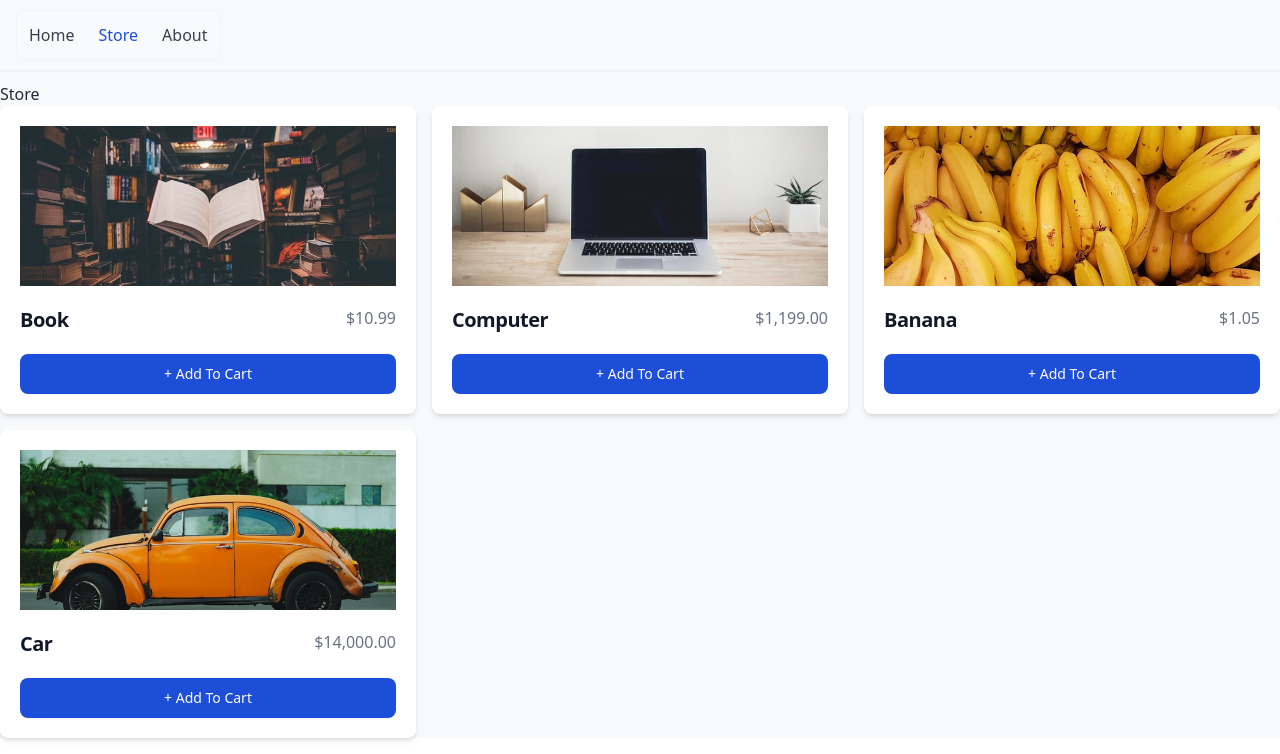
Repository: ducanhaep/react-ts-shopping-cart
Page: /store
The author's editor kept a copy of each file at every save. The page is drawn from the files as they stood at one save, then again after the next save.
The browser window is 1280 px wide. The pictures show the whole page.
The project was rebuilt for these pictures with package versions that can differ from the ones it lists, and the page was loaded fresh each time. Also part of the build but not shown: vite.config.ts, src/pages/About.js, src/pages/Home.js, src/components/CartItem.tsx.

Above is the page before, as saved 2023-01-12 17:39:10.

### src/App.tsx
import { Routes, Route } from "react-router-dom";
import { About } from "./pages/About";
import { Home } from "./pages/Home";
import { Store } from "./pages/Store";
import { Navbar } from "./components/Navbar";
import { ShoppingCartProvider } from "./context/ShoppingCartContext";
function App() {
  return (
    <ShoppingCartProvider>
      <Navbar />
      <div className="container mb-4">
        <Routes>
          <Route path="/" element={<Home />} />
          <Route path="/store" element={<Store />} />
          <Route path="/about" element={<About />} />
        </Routes>
      </div>
    </ShoppingCartProvider>
  );
}

export default App;

### src/index.css
@tailwind base;
@tailwind components;
@tailwind utilities;
:root {
  font-synthesis: none;
  text-rendering: optimizeLegibility;
  -webkit-font-smoothing: antialiased;
  -moz-osx-font-smoothing: grayscale;
  -webkit-text-size-adjust: 100%;
}

/* Box sizing rules */
*,
*::before,
*::after {
  box-sizing: border-box;
}

/* Remove default margin */
body,
h1,
h2,
h3,
h4,
p,
figure,
blockquote,
dl,
dd {
  margin: 0;
}

/* Remove list styles on ul, ol elements with a list role, which suggests default styling will be removed */
ul[role="list"],
ol[role="list"] {
  list-style: none;
}

/* Set core root defaults */
html:focus-within {
  scroll-behavior: smooth;
}

/* Set core body defaults */
body {
  min-height: 100vh;
  text-rendering: optimizeSpeed;
  line-height: 1.5;
  background-color: #f8f9fa;
}

input,
button,
textarea,
select {
  font: inherit;
}

### src/pages/Store.tsx
import { StoreItem } from "../components/StoreItem";
import storeItems from "../data/items.json";
export function Store() {
  return (
    <>
      <h1>Store</h1>
      <div className="grid grid-cols-1 md:grid-cols-3 2xl:grid-cols-4 gap-8 md:gap-4">
        {storeItems.map((item) => (
          <StoreItem {...item} key={item.id} />
        ))}
      </div>
    </>
  );
}

### src/components/Navbar.tsx
import { Link, NavLink } from "react-router-dom";
import { BsFillCartFill } from "react-icons/bs";
import { useShoppingCartContext } from "../context/ShoppingCartContext";

export function Navbar() {
  const { openCart, cartQuantity } = useShoppingCartContext();
  return (
    <div className="shadow-sm mb-3">
      <nav className="containerbg-white border-gray-200 px-2 sm:px-4 py-2.5 rounded dark:bg-gray-900">
        <div className="container flex flex-wrap items-center justify-between">
          <ul className="flex border border-gray-100 rounded-lg bg-gray-50 items-center">
            <li>
              <NavLink
                to="/"
                className={({ isActive }) =>
                  isActive
                    ? "text-white bg-blue-700 rounded md:bg-transparent md:text-blue-700 dark:text-white p-3"
                    : "block text-gray-700 rounded hover:bg-gray-100 p-3"
                }
                aria-current="page"
              >
                Home
              </NavLink>
            </li>
            <li>
              <NavLink
                to="store"
                className={({ isActive }) =>
                  isActive
                    ? "text-white bg-blue-700 rounded md:bg-transparent md:text-blue-700 dark:text-white p-3"
                    : "block text-gray-700 rounded hover:bg-gray-100 p-3"
                }
              >
                Store
              </NavLink>
            </li>
            <li>
              <NavLink
                to="about"
                className={({ isActive }) =>
                  isActive
                    ? "text-white bg-blue-700 rounded md:bg-transparent md:text-blue-700 dark:text-white p-3"
                    : "block text-gray-700 rounded hover:bg-gray-100 p-3"
                }
              >
                About
              </NavLink>
            </li>
          </ul>
          {cartQuantity > 0 && (
            <button
              data-collapse-toggle="navbar-default"
              type="button"
              aria-controls="navbar-default"
              aria-expanded="false"
              className="relative text-blue-700 hover:text-white border border-blue-700 hover:bg-blue-800 focus:outline-none  font-medium rounded-lg text-sm px-5 py-2.5 text-center mr-2 mb-2"
              onClick={openCart}
            >
              <BsFillCartFill />
              <div className="absolute inline-flex items-center justify-center w-6 h-6 text-xs font-bold text-white bg-red-500 border-2 border-white rounded-full -top-2 -right-2 dark:border-gray-900">
                {cartQuantity}
              </div>
            </button>
          )}
        </div>
      </nav>
    </div>
  );
}

### src/context/ShoppingCartContext.tsx
import { useContext, createContext, ReactNode, useState } from "react";
import { ShoppingCart } from "../components/ShoppingCart";
import { useLocalStorage } from "../hooks/useLocalStorage";

interface ShoppingCartProviderProps {
  children: ReactNode;
}
interface ShoppingCartContext {
  getItemQuantity: (id: number) => number;
  increaseCartQuantity: (id: number) => void;
  decreaseCartQuantity: (id: number) => void;
  removeFromCart: (id: number) => void;
  openCart: () => void;
  closeCart: () => void;
  cartQuantity: number;
  cartItems: CartItem[];
}
interface CartItem {
  id: number;
  quantity: number;
}

const ShoppingCartContext = createContext({} as ShoppingCartContext);

export function ShoppingCartProvider({ children }: ShoppingCartProviderProps) {
  const [cartItems, setCartItems] = useLocalStorage<CartItem[]>(
    "shopping-cart",
    []
  );
  const [isOpen, setIsOpen] = useState(false);

  function getItemQuantity(id: number) {
    return cartItems.find((item) => item.id === id)?.quantity || 0;
  }
  const cartQuantity = cartItems.reduce(
    (quantity, item) => quantity + item.quantity,
    0
  );

  function increaseCartQuantity(id: number) {
    setCartItems((currentItem) => {
      if (currentItem.find((item) => item.id === id) == null) {
        return [...currentItem, { id, quantity: 1 }];
      } else {
        return currentItem.map((item) => {
          if (item.id === id) {
            return { ...item, quantity: item.quantity + 1 };
          }
          return item;
        });
      }
    });
  }
  function decreaseCartQuantity(id: number) {
    setCartItems((currentItem) => {
      if (currentItem.find((item) => item.id === id)?.quantity === 1) {
        return currentItem.filter((item) => item.id !== id);
      } else {
        return cartItems.map((item) => {
          if (item.id === id) {
            return { ...item, quantity: item.quantity - 1 };
          }
          return item;
        });
      }
    });
  }
  function removeFromCart(id: number) {
    setCartItems((currentItem) => currentItem.filter((item) => item.id !== id));
  }

  function openCart() {
    setIsOpen(true);
  }
  function closeCart() {
    setIsOpen(false);
  }

  return (
    <ShoppingCartContext.Provider
      value={{
        getItemQuantity,
        increaseCartQuantity,
        decreaseCartQuantity,
        removeFromCart,
        cartItems,
        cartQuantity,
        openCart,
        closeCart,
      }}
    >
      {children}
      <ShoppingCart isOpen={isOpen} />
    </ShoppingCartContext.Provider>
  );
}

export function useShoppingCartContext() {
  return useContext(ShoppingCartContext);
}

### src/components/StoreItem.tsx
import { Link } from "react-router-dom";
import { useShoppingCartContext } from "../context/ShoppingCartContext";
import { formatCurrency } from "../utilities/formatCurrency";

interface StoreItemProps {
  id: number;
  name: string;
  price: number;
  imgUrl: string;
}
export function StoreItem({ id, name, price, imgUrl }: StoreItemProps) {
  const {
    getItemQuantity,
    increaseCartQuantity,
    decreaseCartQuantity,
    removeFromCart,
  } = useShoppingCartContext();
  const quantity = getItemQuantity(id);
  return (
    <div className="w-full bg-white rounded-lg shadow-md">
      <div className="">
        <Link to="#">
          <img
            src={imgUrl}
            alt="imgUrl"
            className="rounded-t-lg p-5 object-cover h-[200px] w-full"
          />
        </Link>
      </div>
      <div className="flex flex-col px-5">
        <div className="flex justify-between">
          <Link to="#">
            <h5 className="text-xl font-semibold tracking-tight text-gray-900">
              {name}
            </h5>
          </Link>
          <p className="text-gray-500 font-medium">{formatCurrency(price)}</p>
        </div>
        <div className="flex justify-center py-5">
          {quantity === 0 ? (
            <button
              type="button"
              className="text-white w-full bg-blue-700 hover:bg-blue-800 font-medium rounded-lg text-sm px-5 py-2.5"
              onClick={() => increaseCartQuantity(id)}
            >
              + Add To Cart
            </button>
          ) : (
            <div className="flex flex-col justify-center gap-1">
              <div className="flex justify-center items-center gap-2">
                <button
                  type="button"
                  className="text-white bg-blue-700 hover:bg-blue-800 font-medium rounded-lg text-sm px-5 py-2.5"
                  onClick={() => decreaseCartQuantity(id)}
                >
                  -
                </button>
                <p className="basic-full">
                  <span className="text-2xl">{quantity}</span> in cart
                </p>
                <button
                  type="button"
                  className="text-white bg-blue-700 hover:bg-blue-800 font-medium rounded-lg text-sm px-5 py-2.5"
                  onClick={() => increaseCartQuantity(id)}
                >
                  +
                </button>
              </div>

              <button
                type="button"
                className="focus:outline-none text-white bg-red-700 hover:bg-red-800 font-medium rounded-lg text-sm px-5 py-2.5"
                onClick={() => removeFromCart(id)}
              >
                Remove
              </button>
            </div>
          )}
        </div>
      </div>
    </div>
  );
}

### src/data/items.json
[
	{
		"id": 1,
		"name": "Book",
		"price": 10.99,
		"imgUrl": "/imgs/book.jpg"
	},
	{
		"id": 2,
		"name": "Computer",
		"price": 1199,
		"imgUrl": "/imgs/computer.jpg"
	},
	{
		"id": 3,
		"name": "Banana",
		"price": 1.05,
		"imgUrl": "/imgs/banana.jpg"
	},
	{
		"id": 4,
		"name": "Car",
		"price": 14000,
		"imgUrl": "/imgs/car.jpg"
	}
]

### src/components/ShoppingCart.tsx
import { BsXLg } from "react-icons/bs";
import { useShoppingCartContext } from "../context/ShoppingCartContext";
import { CartItem } from "./CartItem";
import storeItems from "../data/items.json";
import { formatCurrency } from "../utilities/formatCurrency";

interface ShoppingCartProps {
  isOpen: boolean;
}

export function ShoppingCart({ isOpen }: ShoppingCartProps) {
  const { closeCart, cartItems } = useShoppingCartContext();
  const totalPrice = formatCurrency(
    cartItems.reduce((total, item) => {
      const storeItem = storeItems.find((i) => i.id === item.id);
      if (storeItem) {
        return (total += storeItem.price * item.quantity);
      } else return total;
    }, 0)
  );
  return (
    <div
      className={
        "fixed overflow-hidden z-10 bg-gray-900 bg-opacity-25 inset-0 transform ease-in-out " +
        (isOpen
          ? " transition-opacity opacity-100 duration-500 translate-x-0  "
          : " transition-all delay-400 opacity-0 translate-x-full  ")
      }
    >
      <div
        className={
          " w-screen max-w-xs md:max-w-lg right-0 absolute bg-white h-full shadow-xl delay-400 duration-500 ease-in-out transition-all transform" +
          (isOpen ? " translate-x-0 " : " translate-x-full ")
        }
      >
        <article className="relative w-screen max-w-xs md:max-w-lg pb-10 flex flex-col overflow-y-scroll h-full">
          <div className="flex justify-between">
            <header className="p-4 font-bold text-lg">Cart</header>
            <span className="p-4">
              <BsXLg
                onClick={closeCart}
                className="cursor-pointer hover:text-red-500"
              />
            </span>
          </div>
          <div className="p-4">
            <div>
              {cartItems.map((item) => (
                <CartItem key={item.id} {...item} />
              ))}
            </div>
            <div className="p-4 flex justify-end">
              <p className="font-bold text-2xl"> Total: {totalPrice}</p>
            </div>
          </div>
        </article>
      </div>
      <div
        className="w-screen h-full cursor-pointer "
        onClick={closeCart}
      ></div>
    </div>
  );
}

### src/hooks/useLocalStorage.ts
import { useState, useEffect } from "react";
export function useLocalStorage<T>(key: string, initialValue: T | (() => T)) {
  const [value, setValue] = useState<T>(() => {
    const jsonValue = localStorage.getItem(key);
    if (jsonValue != null) return JSON.parse(jsonValue);

    if (typeof initialValue === "function") {
      return (initialValue as () => T)();
    } else return initialValue;
  });

  useEffect(() => {
    localStorage.setItem(key, JSON.stringify(value));
  }, [key, value]);

  return [value, setValue] as [typeof value, typeof setValue];
}

### tailwind.config.cjs
/** @type {import('tailwindcss').Config} */
module.exports = {
  content: ["./index.html", "./src/**/*.{js,ts,jsx,tsx}"],
  theme: {
    container: {
      center: true,
    },
    extend: {
      colors: {
        "light-color": "#f8f9fa",
      },
    },
  },
  plugins: [require("daisyui")],
};

Loaded but not shown: index.html (common file); src/main.tsx (common file); src/utilities/formatCurrency.ts (common file)

After the next save:
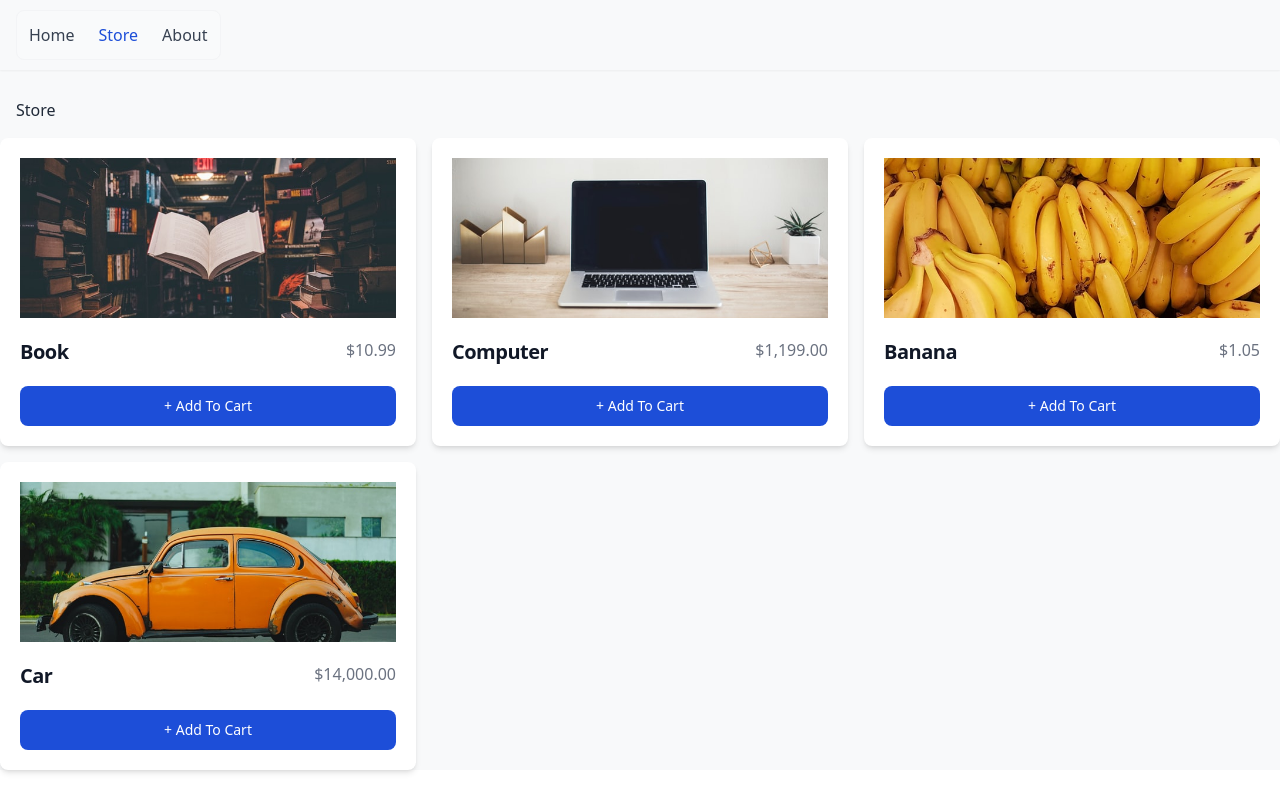
Saved 96 s later.
--- a/src/pages/Store.tsx
+++ b/src/pages/Store.tsx
@@ -3,7 +3,7 @@
 export function Store() {
   return (
     <>
-      <h1>Store</h1>
+      <h1 className="p-4">Store</h1>
       <div className="grid grid-cols-1 md:grid-cols-3 2xl:grid-cols-4 gap-8 md:gap-4">
         {storeItems.map((item) => (
           <StoreItem {...item} key={item.id} />

After the save that followed:
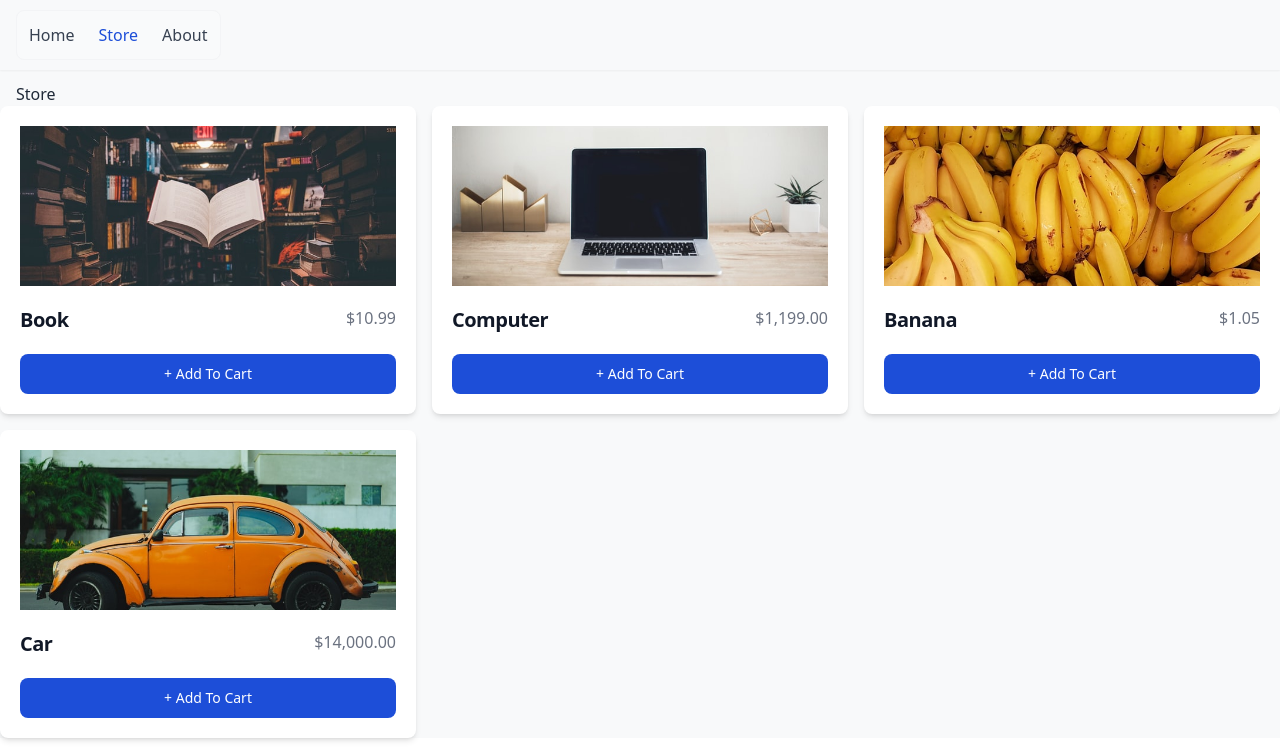
Saved 6 s later.
--- a/src/pages/Store.tsx
+++ b/src/pages/Store.tsx
@@ -3,7 +3,7 @@
 export function Store() {
   return (
     <>
-      <h1 className="p-4">Store</h1>
+      <h1 className="px-4">Store</h1>
       <div className="grid grid-cols-1 md:grid-cols-3 2xl:grid-cols-4 gap-8 md:gap-4">
         {storeItems.map((item) => (
           <StoreItem {...item} key={item.id} />
